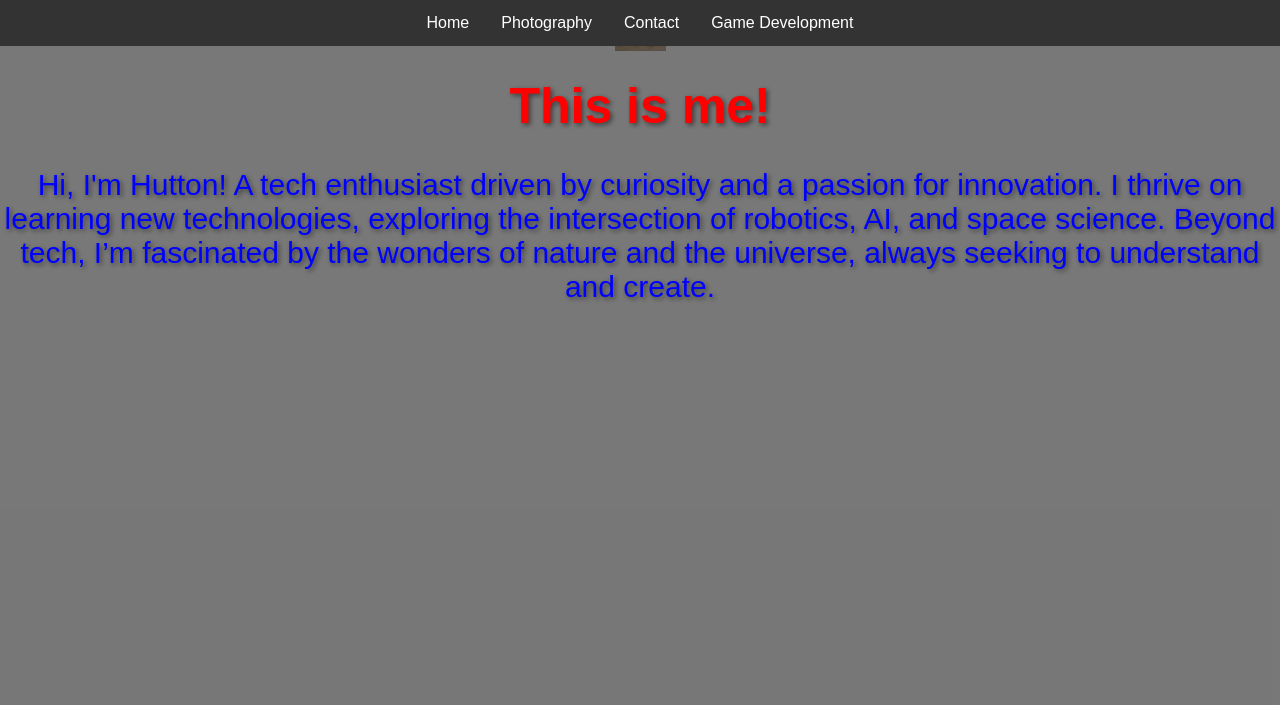
Repository: Argivist/ArgPortfolio
Page: index.html
These files come from the project's save history. The page is drawn as it stood at one moment and after the next save; the edit follows.
The browser window is 1280 px wide. The pictures show the whole page.

Above is the page before, as saved 2025-03-28 15:53:17.

### index.html
<!DOCTYPE html>
<html lang="en">

<head>
    <meta charset="UTF-8">
    <meta name="viewport" content="width=device-width, initial-scale=1.0">
    <link rel="stylesheet" href="css/styles.css">
    <link rel="stylesheet" href="css/nav.css">
    <link rel="stylesheet" href="css/home.css">

    <title>Hutton Amison-Addy</title>

    <style>
        body{
            background-color: #f0f0f0;
            font-family: 'Arial', sans-serif;
        }
    </style>
</head>

<body>
    <nav>
        <ul>
            <li class="nav-content"><a href="index.html">Home</a></li>
            <li class="nav-content"><a href="https://www.instagram.com/theworldinoneseye/">Photography</a></li>

            <li class="dropdown nav-content">
                <a href="contact.html">Contact</a>
                <ul class="dropdown-content">
                    <li><a href="https://www.linkedin.com/in/hutton-amison-addy-7b1b3b1b1/">LinkedIn</a></li>
                    <li><a href="https://www.github.com/Argivist">GitHub</a></li>
                    <li><a href="mailto:hutton.amison@ashesi.edu.gh">hutton.amison@ashesi.edu.gh</a></li>
                    <li><a href="mailto:huttonaaddy.public@gmail.com">huttonaaddy.public@gmail.com</a></li>
                </ul>
            </li>

            <li class="dropdown nav-content">
                <a href="#">Game Development</a>
                <ul class="dropdown-content">
                    <li><a href="game/index.html">Game Development Projects</a></li>
                    <li><a href="blender/index.html">Blender</a></li>
                </ul>
            </li>
        </ul>
    </nav>
    <div class="padding">
    </div>
        <div class="overlay">
            <h1>This is me!</h1>
            <p class="desc">
                Hi, I'm Hutton! A tech enthusiast driven by curiosity and a passion for innovation. I thrive on learning new technologies, exploring the intersection of robotics, AI, and space science. Beyond tech, I’m fascinated by the wonders of nature and the universe, always seeking to understand and create.
            </p>
        </div>



</body>

</html>

### css/nav.css
/* NAV Content and Dropdown */
.nav-content {
    position: relative;
    display: inline-block;
}

.dropdown {
    position: relative; /* For proper absolute positioning of its child */
    display: inline-block;
}

.dropdown:hover .dropdown-content {
    display: block;
}

.dropdown-content {
    display: none;
    position: absolute; /* This makes it overlay other elements without affecting layout */
    background-color: #f9f9f9;
    min-width: 160px;
    box-shadow: 0px 8px 16px 0px rgba(0,0,0,0.2);
    z-index: 1;
}

/* Nav Stylisation */
nav {
    background-color: #333;
    position: fixed;
    top: 0;
    left: 0;
    width: 100vw;
    z-index: 100;
    display: flex;
    justify-content: center;  /* Centers the nav content horizontally */
    align-items: center;      /* Vertically centers items */
    margin: 0;
}

/* Reserve space for the fixed navbar */
.padding {
    height: 35px;  /* Adjust this value to match your navbar's height */
    top: 0;
    left: 0;
    width: 100%;
    bottom: 0;
}

/* Nav List Styles */
nav ul {
    list-style-type: none;
    margin: 0;
    padding: 0;
    display: flex;
}

nav ul li {
    display: inline-block;
    margin: 0;
    text-align: center;
}

/* Nav Links */
nav ul li a {
    display: block;
    color: white;
    text-align: center;
    padding: 14px 16px;
    text-decoration: none;
}

nav ul li a:hover {
    background-color: #111;
}

/* Optional: Ensure dropdown list items take full width */
.dropdown ul li {
    width: 100%;
}

### css/home.css
h1 {
    color: red;
    font-size: 50px;
    text-align: center;
    text-shadow: 2px 2px 5px rgba(0, 0, 0, 0.5);
}

p {
    color: blue;
    font-size: 30px;
    text-align: center;
    text-shadow: 2px 2px 5px rgba(0, 0, 0, 0.5);
}


body {
    background-image:url('../img/home.jpeg');
    background-size:contain;        /* Ensures the image covers the whole screen */
    background-repeat: no-repeat;  /* Prevents tiling */
    background-position: center;   /* Centers the image */
}
.overlay {
    position: fixed;
    /* top: 0; */
    left: 0;
    width: 100%;
    height: 100%;
    background-color: rgba(0, 0, 0, 0.5); /* Adjust opacity as needed */
    z-index: -1; /* Keeps it behind your content */
}

Loaded but not shown: css/styles.css (no stored copy; drawn as an empty file)

After the next save:
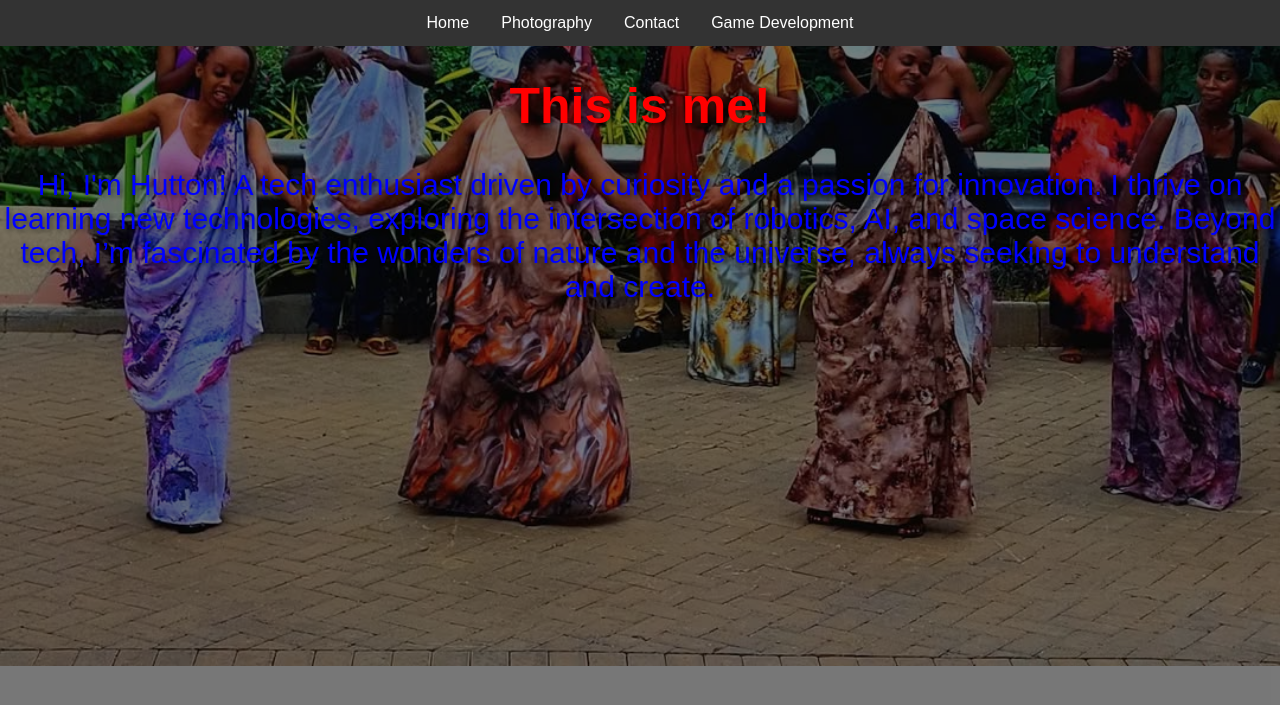
Saved 33 s later.
--- a/css/home.css
+++ b/css/home.css
@@ -15,7 +15,8 @@ p {
 
 body {
     background-image:url('../img/home.jpeg');
-    background-size:contain;        /* Ensures the image covers the whole screen */
+    background-size:cover;    /* Ensures the image covers the whole screen */
+    position: relative;
     background-repeat: no-repeat;  /* Prevents tiling */
     background-position: center;   /* Centers the image */
 }
